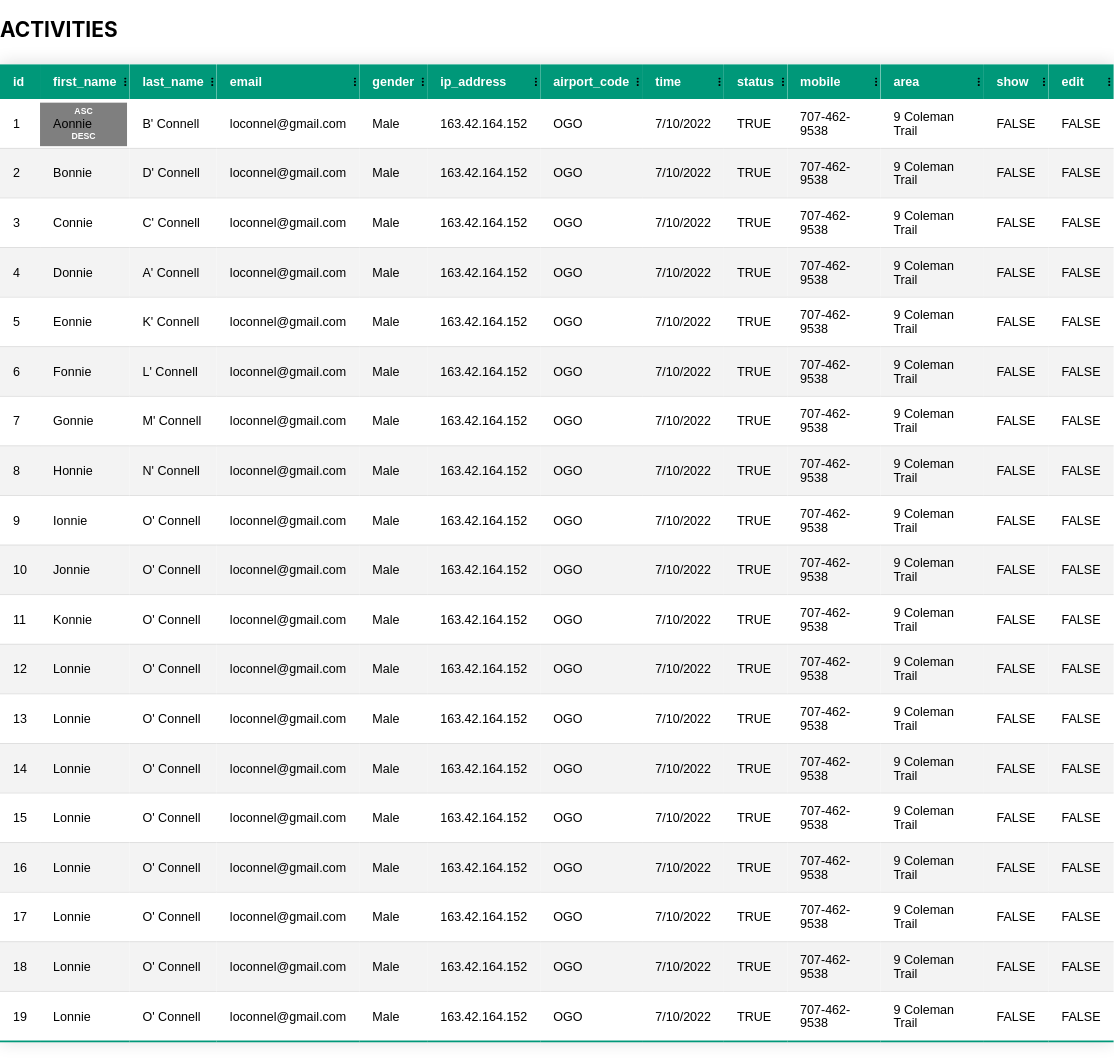
Repository: kartik077-cr7/Ckart
Page: /, after clicking the first element matching `img`
The author's editor kept a copy of each file at every save. The page is drawn from the files as they stood at one save, then again after the next save.
The browser window is 1280 px wide. The pictures show the whole page, at 87% of full size.
The project was rebuilt for these pictures with package versions that can differ from the ones it lists, and the page was loaded fresh each time.

Above is the page before, as saved 2022-12-10 22:37:41.

After the next save:
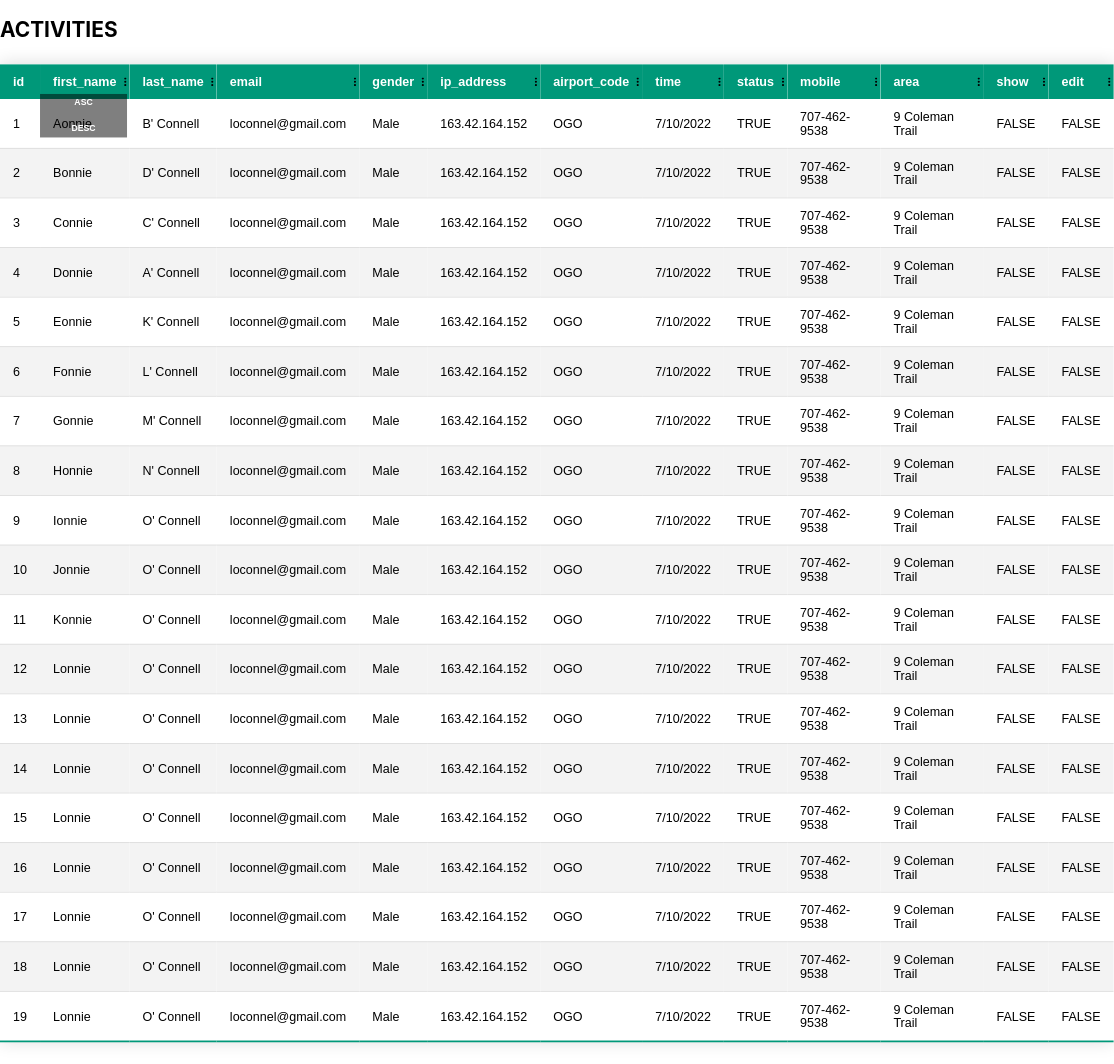
Saved 27 s later.
--- a/src/App.css
+++ b/src/App.css
@@ -42,7 +42,7 @@
 .modal {
 	position: absolute;
 	left: 0;
-	top: 30px;
+	top: 20px;
 	right: 0;
 	bottom: 0;
 	background-color: rgba(0,0,0,0.5);
